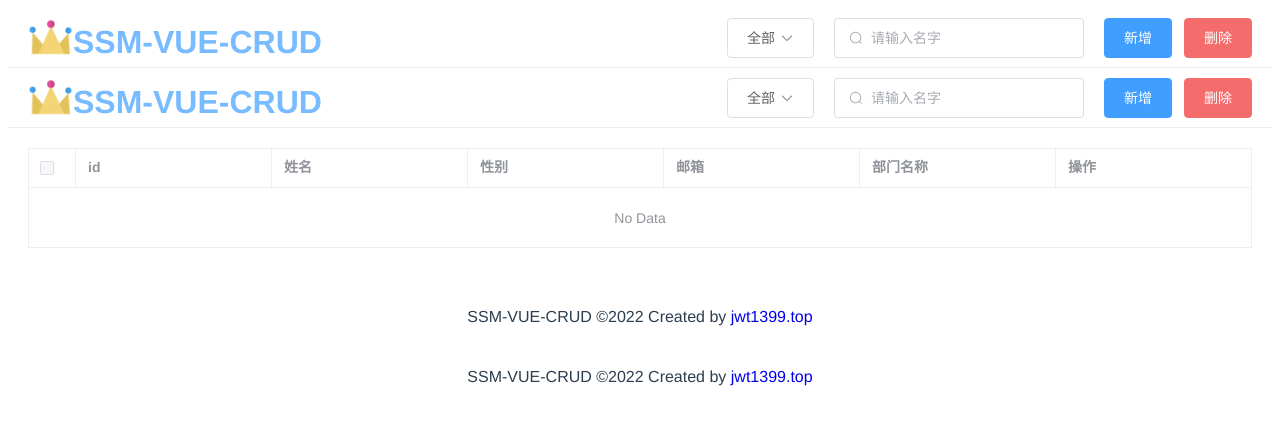
Repository: jwt1399/ssm-vue-crud
Page: / (app in ssm-crud-front/)
These files come from the project's save history. The page is drawn as it stood at one moment and after the next save; the edit follows.
The browser window is 1280 px wide. The pictures show the whole page.
The project was rebuilt for these pictures with package versions that can differ from the ones it lists, and the page was loaded fresh each time. Also part of the build but not shown: ssm-crud-front/vue.config.js, ssm-crud-front/src/components/Form.vue.

Above is the page before, as saved 2022-06-09 10:57:22.

### ssm-crud-front/public/index.html
<!DOCTYPE html>
<html lang="zh-Hans">
  <head>
    <meta charset="utf-8">
    <meta http-equiv="X-UA-Compatible" content="IE=edge">
    <meta name="viewport" content="width=device-width,initial-scale=1.0">
    <link rel="icon" href="<%= BASE_URL %>favicon.png">
    <title><%= htmlWebpackPlugin.options.title %></title>
  </head>
  <body>
    <noscript>
      <strong>We're sorry but <%= htmlWebpackPlugin.options.title %> doesn't work properly without JavaScript enabled. Please enable it to continue.</strong>
    </noscript>
    <div id="app"></div>
    <!-- built files will be auto injected -->
  </body>
</html>

### ssm-crud-front/src/main.js
import { createApp } from 'vue'
import App from './App.vue'
import router from './router'
import ElementPlus from 'element-plus'
import 'element-plus/dist/index.css'
import * as ElementPlusIconsVue from '@element-plus/icons-vue'

const app = createApp(App)

//配置全局icon
for (const [key, component] of Object.entries(ElementPlusIconsVue)) {
    app.component(key, component)
  }

app.use(router).use(ElementPlus).mount('#app')

### ssm-crud-front/src/App.vue
<template>
  <Header/>
  <router-view/>
  <Footer/>
</template>

<script>
import Header from '@/components/Header.vue'
import Footer from '@/components/Footer.vue'
export default {
    components: {
        Header,
        Footer,
    }
}
</script>

<style>
#app {
  font-family: Avenir, Helvetica, Arial, sans-serif;
  -webkit-font-smoothing: antialiased;
  -moz-osx-font-smoothing: grayscale;
  text-align: center;
  color: #2c3e50;
}
</style>

### ssm-crud-front/src/router/index.js
import { createRouter, createWebHashHistory } from 'vue-router'
import CrudView from '../views/CrudView.vue'
const routes = [
  {
    path: '/',
    name: 'home',
    component: CrudView
  },
  {
    path: '/about',
    name: 'about',
    // route level code-splitting
    // this generates a separate chunk (about.[hash].js) for this route
    // which is lazy-loaded when the route is visited.
    component: () => import(/* webpackChunkName: "about" */ '../views/AboutView.vue')
  }
]

const router = createRouter({
  history: createWebHashHistory(),
  routes
})

export default router

### ssm-crud-front/src/components/Header.vue
<template>
 <el-header class="header">
    <div class="nav">
        <a href="/" class="nav-link">
            <img src="../assets/favicon.png" alt="logo" class="nav-logo">
            <h1 class="nav-title ">SSM-VUE-CRUD</h1>
        </a>
    </div>
    <div class="nav-item">
        <el-dropdown>
            <el-button size="large">
                全部
                <el-icon class="el-icon--right">
                    <arrow-down />
                </el-icon>
            </el-button>
            <template #dropdown>
                <el-dropdown-menu>
                    <el-dropdown-item>Action 1</el-dropdown-item>
                    <el-dropdown-item>Action 2</el-dropdown-item>
                </el-dropdown-menu>
            </template>
        </el-dropdown>

        <div class="nav-search">
            <el-input
            placeholder="请输入名字"
            v-model="search"
            size="large"
            @change="searchChange"
            clearable >
                <template #prefix>
                    <el-icon class="el-input__icon"><search /></el-icon>
                </template>
            </el-input>

        </div>
        <el-button type="primary" size="large" @click="addEmployee()">新增</el-button>
        <el-button type="danger" size="large" @click="batchDeleteEmployee()">删除</el-button>
    </div>
</el-header>
</template>

<script>

export default {
  name: 'Header',
}
</script>

<!-- <script setup>
import { Search,Edit, Delete } from '@element-plus/icons-vue'
</script> -->

<style scoped>
.nav-logo {
	height: 45px;
	width: 45px;
	vertical-align: middle;
	display: inline-block;
}

.nav-title {
	font-size: 2rem;
	display: inline-block;
	vertical-align: middle;
	color: #79bbff;
	padding-top: 10px;
}

.nav-item {
	display: flex;
	align-items: center;
}

.nav-search {
	width: 250px;
	margin: 0 20px;
}

.header {
	display: flex;
	align-items: center;
	justify-content: space-between;
	width: 100%;
	border-bottom: 1px solid #eee;
	min-width: 800px;
}



</style>

### ssm-crud-front/src/components/Footer.vue
<template>
<el-footer class="footer" style="text-align:center">
    SSM-VUE-CRUD ©2022 Created by
    <a href="https://jwt1399.top" style="text-decoration: none;">
    jwt1399.top
    </a>
 </el-footer>
</template>


<script>
export default{
    name:'Footer',
}
</script>

### ssm-crud-front/src/views/CrudView.vue
<template>
      <Header/>
      <CrudForm/>
      <Footer/>
</template>


<script>
import Header from '@/components/Header.vue'
import Footer from '@/components/Footer.vue'
import CrudForm from '@/components/CrudForm.vue'
export default {
    name: 'CrudView',
    components: {
        Header,
        Footer,
        CrudForm,
    }
}
</script>

### ssm-crud-front/src/components/CrudForm.vue
  <template>
    <el-main>
        <div class="data-table">
            <el-table :data="employeeList" border style="width: 100%" v-loading="loading"
                @selection-change="handleSelectionChange">
                <el-table-column type="selection"></el-table-column>
                <el-table-column prop="empId" label="id"></el-table-column>
                <el-table-column prop="empName" label="姓名"></el-table-column>
                <el-table-column prop="gender" label="性别" :formatter="formatterSex"></el-table-column>
                <el-table-column prop="email" label="邮箱"></el-table-column>
                <el-table-column prop="department.deptName" label="部门名称"></el-table-column>

                <el-table-column label="操作">
                    <el-button type="primary" size="large" :icon="Edit" @click="handleEdit(scope.$index, scope.row)"
                        circle>
                    </el-button>

                    <el-button type="danger" size="large" :icon="Delete" @click="handleDelete(scope.$index, scope.row)"
                        circle>
                    </el-button>
                </el-table-column>
            </el-table>
        </div>
        <div class="table-pagination">
            <el-pagination v-model:current-page="pageNum" v-model:page-size="pageSize" :page-sizes="[5, 10, 15, 20]"
                :small="small" :disabled="disabled" :background="background"
                layout="total, sizes, prev, pager, next, jumper" :total="total" @size-change="handleSizeChange"
                @current-change="handleCurrentChange" />
        </div>
    </el-main>

</template>

<script>
export default {
    name:'CrudForm'
}
</script>



<style scoped>
.table-pagination {
	display: flex;
	justify-content: center;
	padding: 20px;
}

</style>

After the next save:
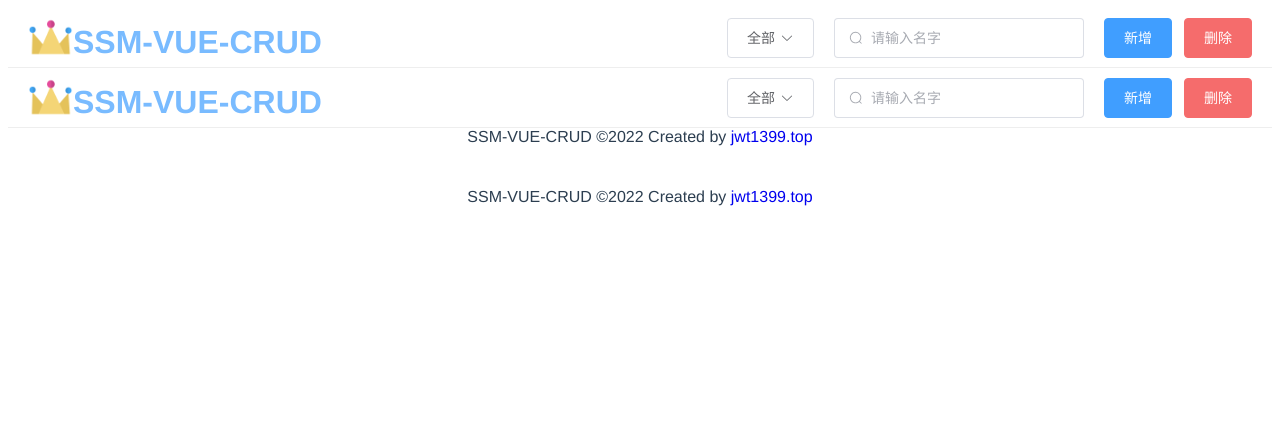
Saved 16 s later.
--- a/ssm-crud-front/src/views/CrudView.vue
+++ b/ssm-crud-front/src/views/CrudView.vue
@@ -1,6 +1,6 @@
 <template>
       <Header/>
-      <CrudForm/>
+      <Form/>
       <Footer/>
 </template>
 
@@ -8,7 +8,7 @@
 <script>
 import Header from '@/components/Header.vue'
 import Footer from '@/components/Footer.vue'
-import CrudForm from '@/components/CrudForm.vue'
+import CrudForm from '@/components/Form.vue'
 export default {
     name: 'CrudView',
     components: {
